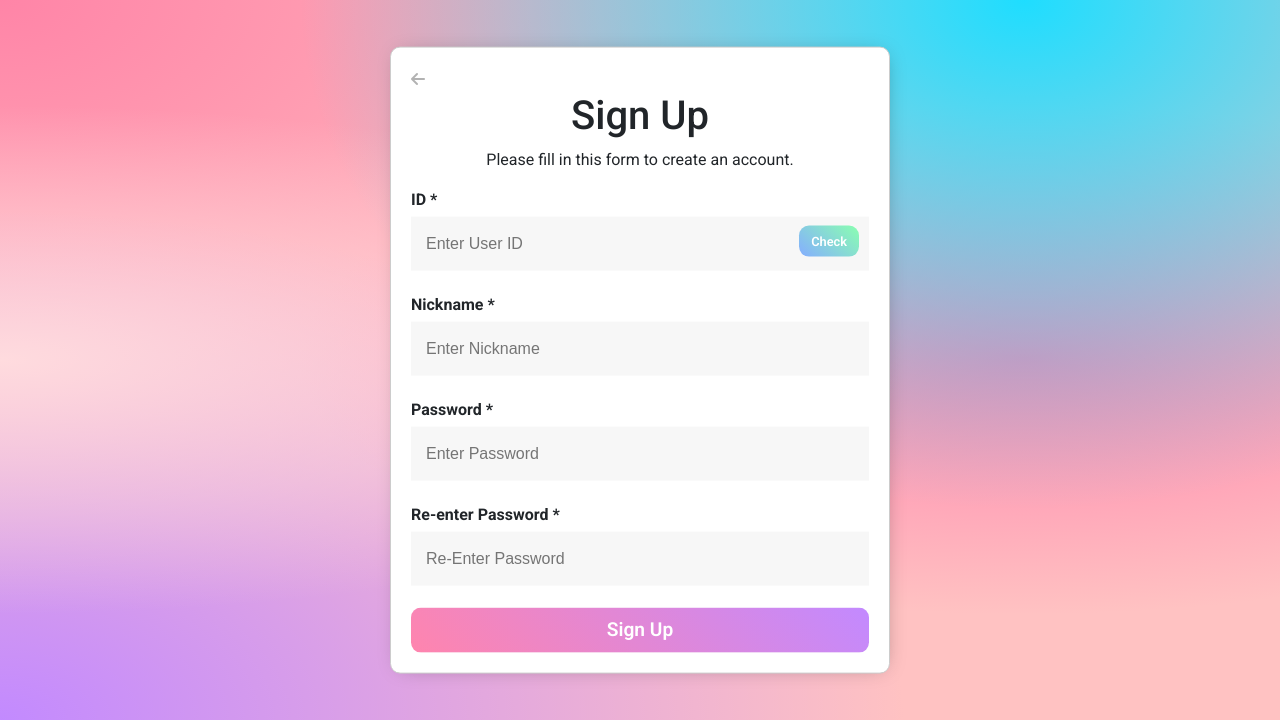
Repository: Jae-yi/JSPMybatis
Page: http://localhost/JspMybatisSub/WEB-INF/views/page/register.jsp
The author's editor kept a copy of each file at every save. The page is drawn from the files as they stood at one save, then again after the next save.
The browser window is 1280 px wide. The pictures show the whole page.
Some web fonts or font styles are not loaded; a fallback is used. Some web libraries are served in a nearby version. The page is served by Tomcat 9. Nobody is signed in. The template is opened directly, without the code that normally fills it, so the values that code supplies are empty.

Above is the page before, as saved 2023-02-01 11:58:32.

After the next save:
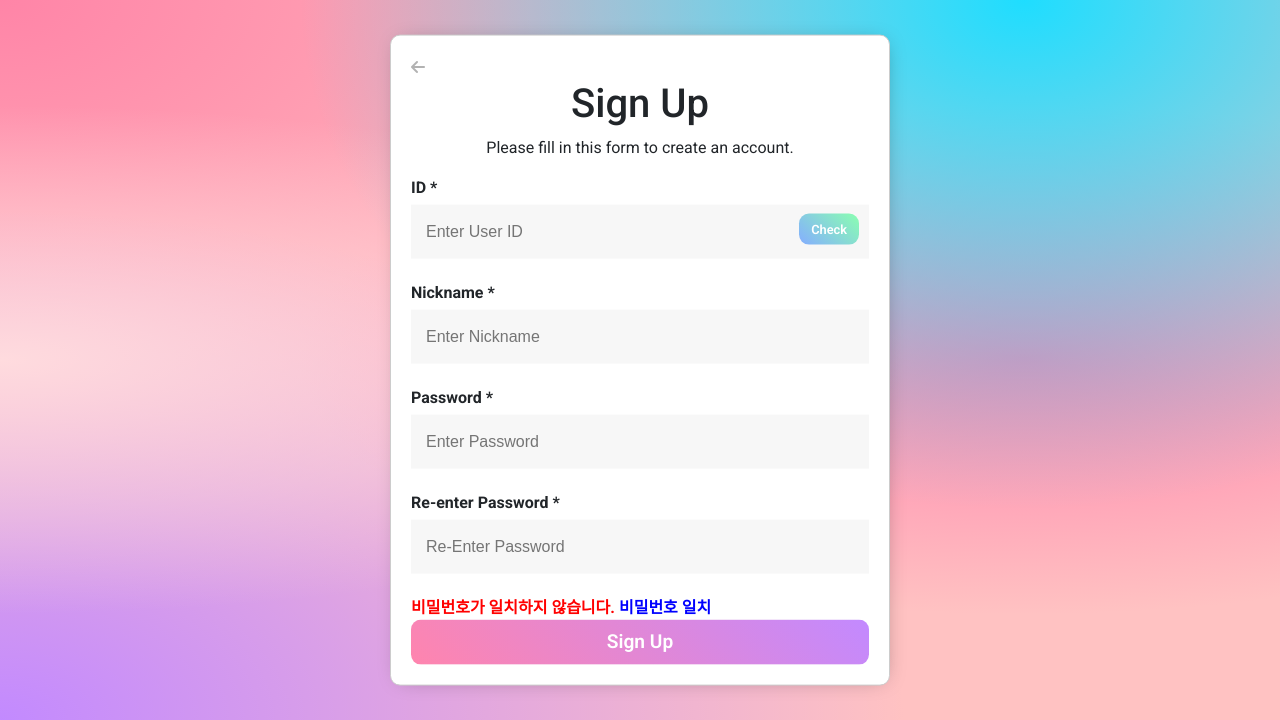
Saved 116 s later.
--- a/JspMybatisSub/src/main/webapp/WEB-INF/views/page/register.jsp
+++ b/JspMybatisSub/src/main/webapp/WEB-INF/views/page/register.jsp
@@ -75,7 +75,8 @@
 			for="rePwd"><b>Re-enter Password *</b></label>
 			 <input type="password" id="rePwd"
 			placeholder="Re-Enter Password" name="rePwd" required>
-			<span id="confirmMsg"></span>
+			<span id="pwdFail" style="color:red;"><strong>비밀번호가 일치하지 않습니다.</strong></span>
+			<span id="pwdSuccess" style="color:blue;"><strong>비밀번호 일치</strong></span>
 
 			<button type="submit" class="submitBtn" id="submitBtn">Sign Up</button>
 		</div>

After the save that followed:
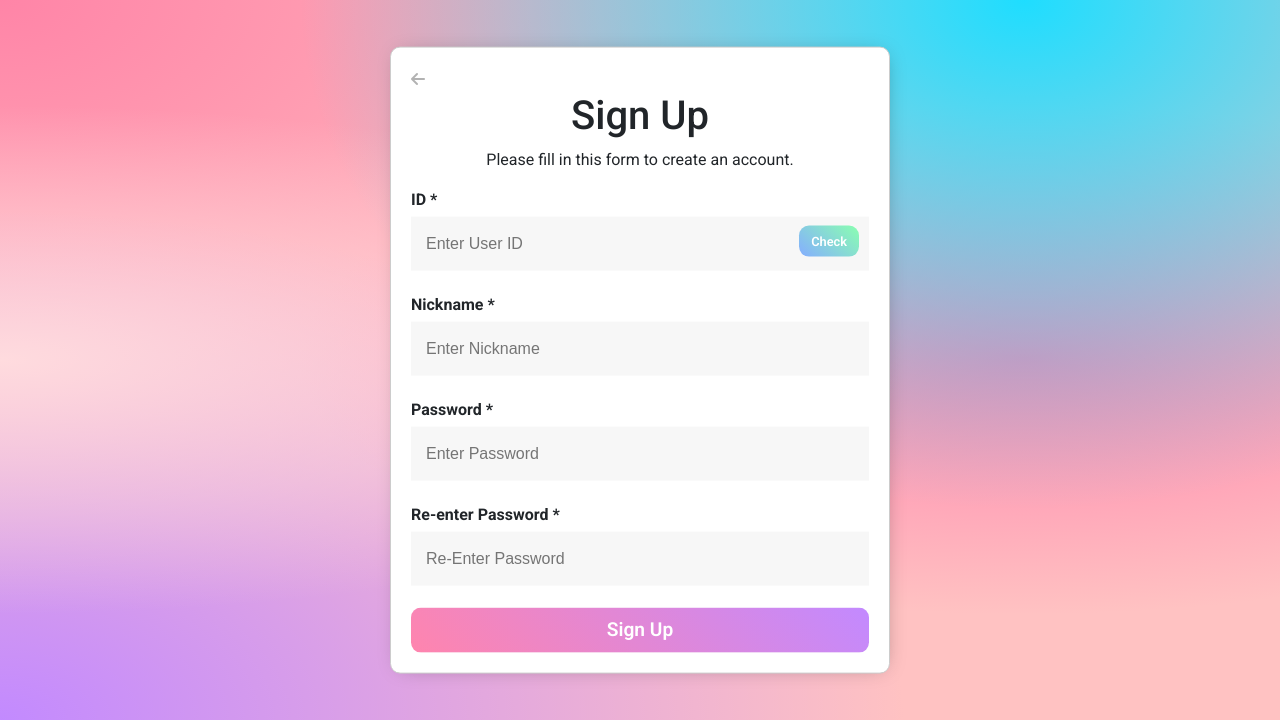
Saved 2 min 18 s later.
--- a/JspMybatisSub/src/main/webapp/WEB-INF/views/page/register.jsp
+++ b/JspMybatisSub/src/main/webapp/WEB-INF/views/page/register.jsp
@@ -24,6 +24,31 @@
 			duplIdCheck();
 		})
 
+	});
+
+	$(function() {
+		$("#pwdSuccess").hide();
+		$("#pwdFail").hide();
+		$("#pwConfirm").keyup(function() {
+			var pwd1 = $("#pwd").val();
+			var pwd2 = $("#pwConfirm").val();
+			if (pwd2 == "") {
+				$("#pwdSuccess").hide();
+				$("#pwdFail").hide();
+			} else if (pwd != "" || rePwd != "") {
+				if (pwd1 == pwd2) {
+					$("#pwdSuccess").show();
+					$("#pwdFail").hide();
+					$("#pwConfirm").removeClass("is-invalid")
+					$("#joinOk").removeAttr("disabled");
+				} else {
+					$("#pwdSuccess").hide();
+					$("#pwdFail").show();
+					$("#pwConfirm").addClass("is-invalid")
+					$("#joinOk").attr("disabled", "disabled");
+				}
+			}
+		});
 	});
 
 	function duplIdCheck() {
